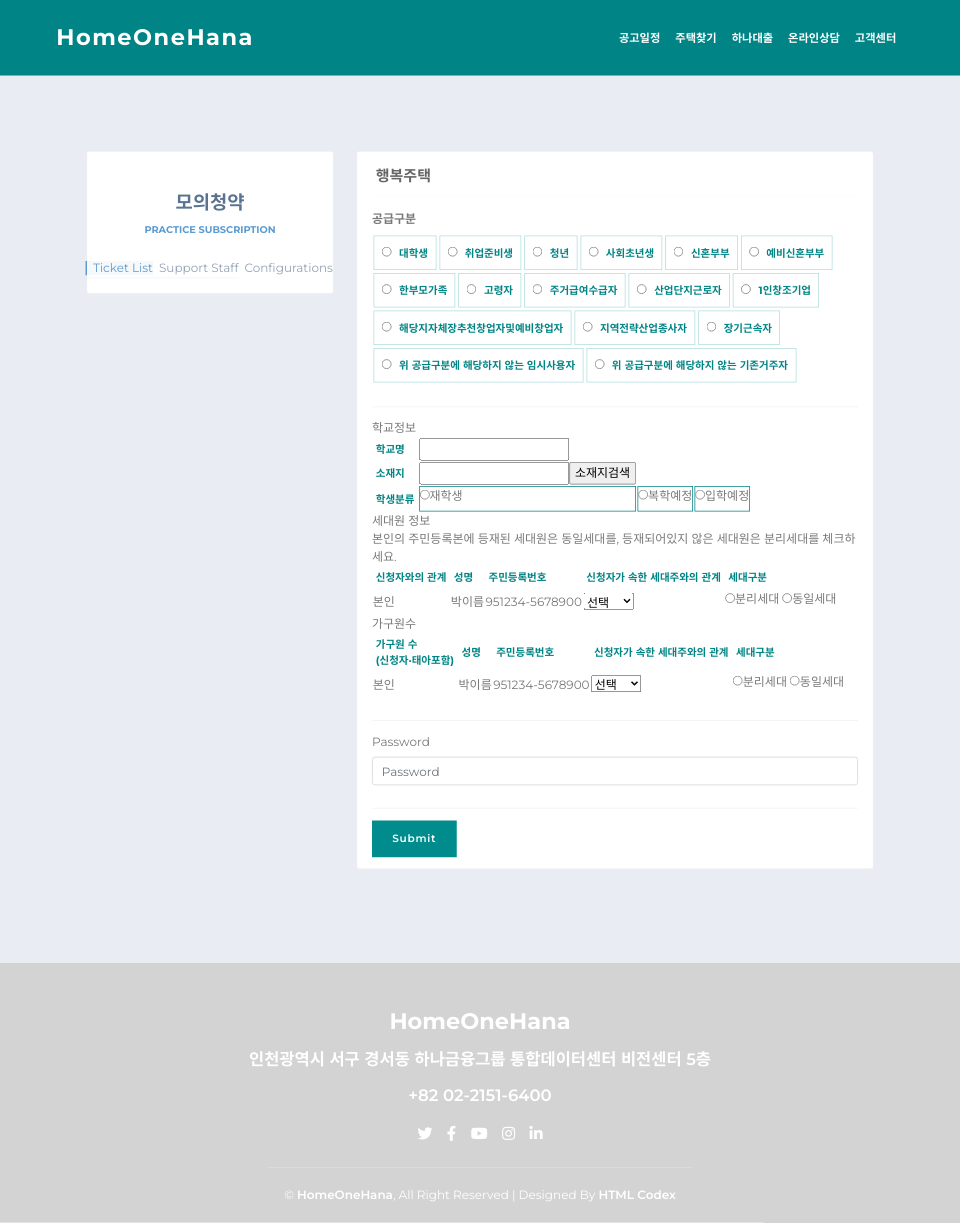
Repository: koposoftware/2021_10_syyoon
Page: http://localhost/HomeOneHana/WEB-INF/jsp/subscription/subscription.jsp
The author's editor kept a copy of each file at every save. The page is drawn from the files as they stood at one save, then again after the next save.
The browser window is 1280 px wide. The pictures show the whole page, at 75% of full size.
Some icons come from a web library that is not loaded, so they are not drawn. Some web libraries are served in a nearby version. The page is served by Tomcat 9. Nobody is signed in. The template is opened directly, without the code that normally fills it, so the values that code supplies are empty.

Above is the page before, as saved 2021-09-14 23:24:37.

After the next save:
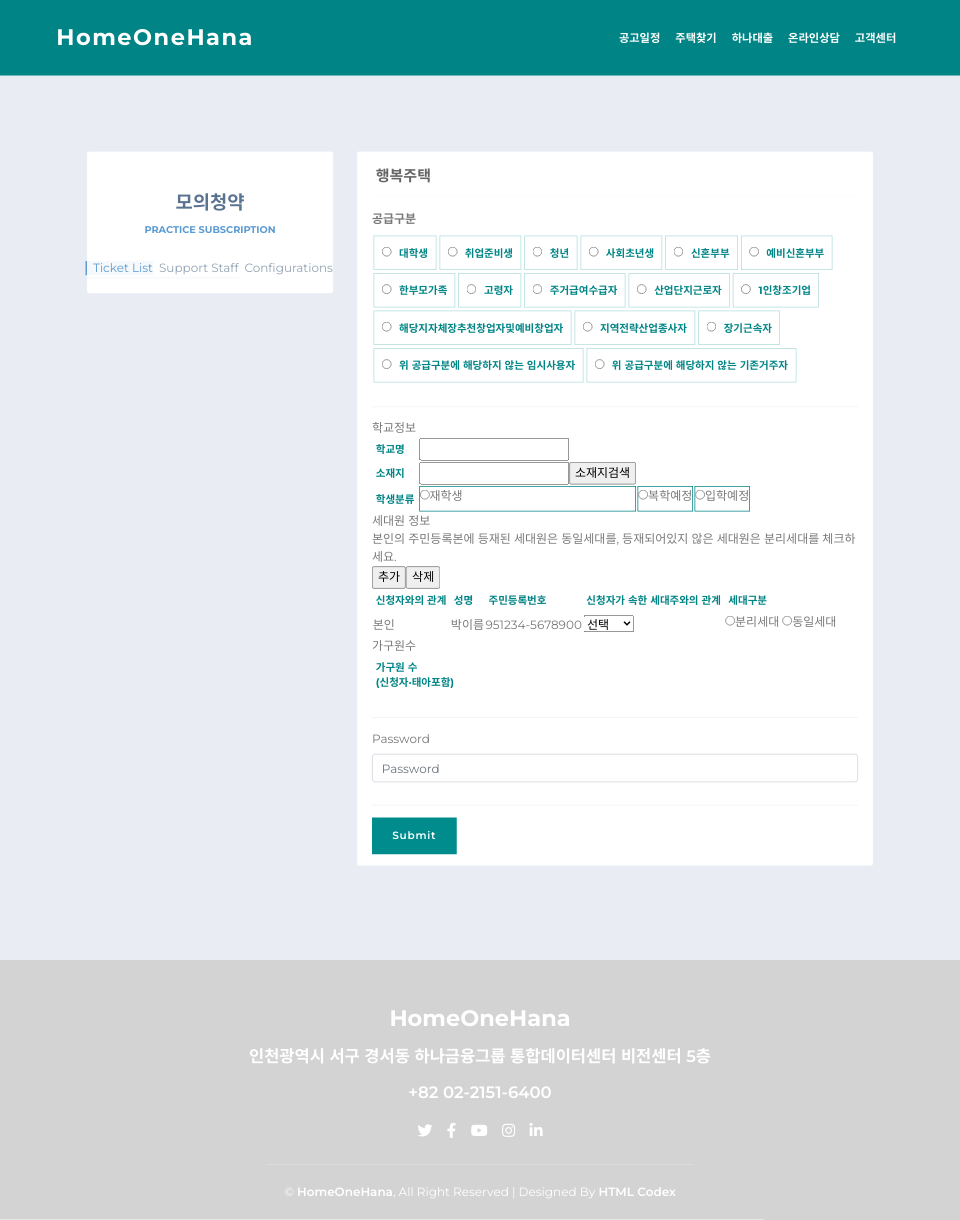
Saved 16 min 48 s later.
--- a/project/Spring-mvc/HomeOneHana/src/main/webapp/WEB-INF/jsp/subscription/subscription.jsp
+++ b/project/Spring-mvc/HomeOneHana/src/main/webapp/WEB-INF/jsp/subscription/subscription.jsp
@@ -115,6 +115,7 @@
 
 				                                		<div>세대원 정보</div>
 				                                		<div>본인의 주민등록본에 등재된 세대원은 동일세대를, 등재되어있지 않은 세대원은 분리세대를 체크하세요.</div>
+				                                		<input type="button" value="추가"><input type="button" value="삭제">
 				                                		<table>
 				                                			<thead>
 					                                			<tr>
@@ -147,33 +148,12 @@
 
 				                                		<div>가구원수</div>
 				                                		<table>
-				                                			<thead>
+
 					                                			<tr>
 					                                				<th><div class="icontent">가구원 수<br>(신청자·태아포함)</div></th>
-					                                				<th><div class="icontent">성명</div></th>
-					                                				<th><div class="icontent">주민등록번호</div></th>
-					                                				<th><div class="icontent">신청자가 속한 세대주와의 관계</div></th>
-					                                				<th><div class="icontent">세대구분</div></th>
+					                                				<td>
 					                                			</tr>
-				                                			</thead>
-				                                			<tbody>
-				                                				<tr>
-				                                					<td>본인</td>
-				                                					<td>박이름</td>
-				                                					<td>951234-5678900</td>
-				                                					<td><select>
-				                                							<option selected>선택</option>
-				                                							<option>부모</option>
-				                                							<option>자식</option>
-				                                							<option>형제</option>
-				                                							<option>조부모</option>
-				                                						</select>
-				                                					</td>
-				                                					<td>
-				                                						<input type="radio" id="seperate" name="familytype" value="분리세대"><label for="seperate" >분리세대</label>
-				                                						<input type="radio" id="same" name="familytype" value="동일세대"><label for="same" >동일세대</label>
-				                                					</td>
-				                                			</tbody>
+
 				                                		</table>
 
 
